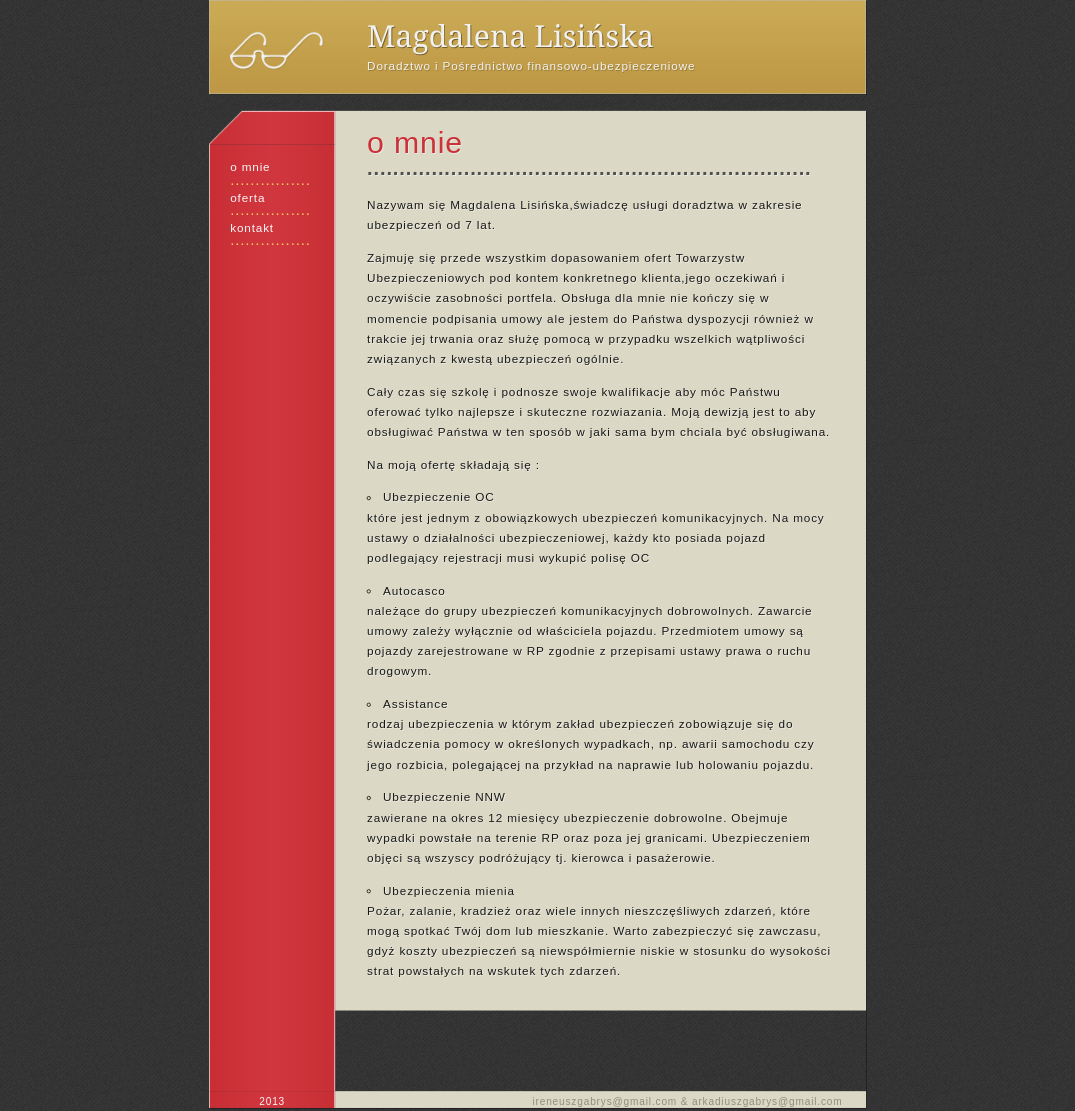
Repository: gabr/php_elicpse_workspace
Page: Magda Lisinska/index.html
An editor plug-in stored every save of this project. The page is shown before and after the next save, followed by the edit.
The browser window is 1280 px wide. The pictures show the whole page, at 84% of full size.

Above is the page before, as saved 2013-03-08 13:41:38.

After the next save:
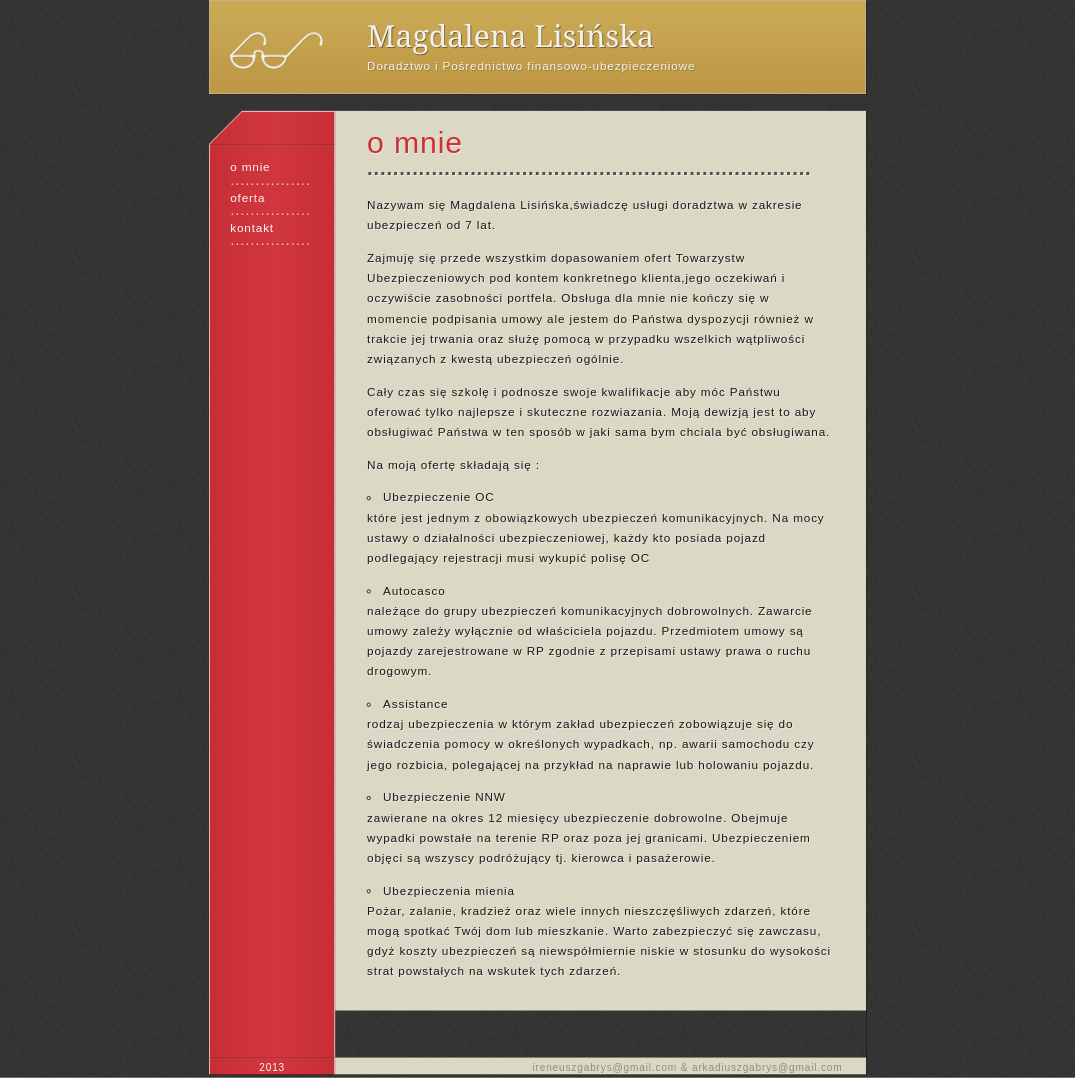
Saved 6 s later.
--- a/Magda Lisinska/index.html
+++ b/Magda Lisinska/index.html
@@ -36,7 +36,7 @@
     <!-- menu -->
     <div id="menu">
       <div id="menu-head"></div>
-      <div id="menu-body" style="height: 1127px">
+      <div id="menu-body" style="height: 1087px">
         <div id="menu-margin"></div>
         <ul>
           <li><a href="#">o mnie</a></li>
